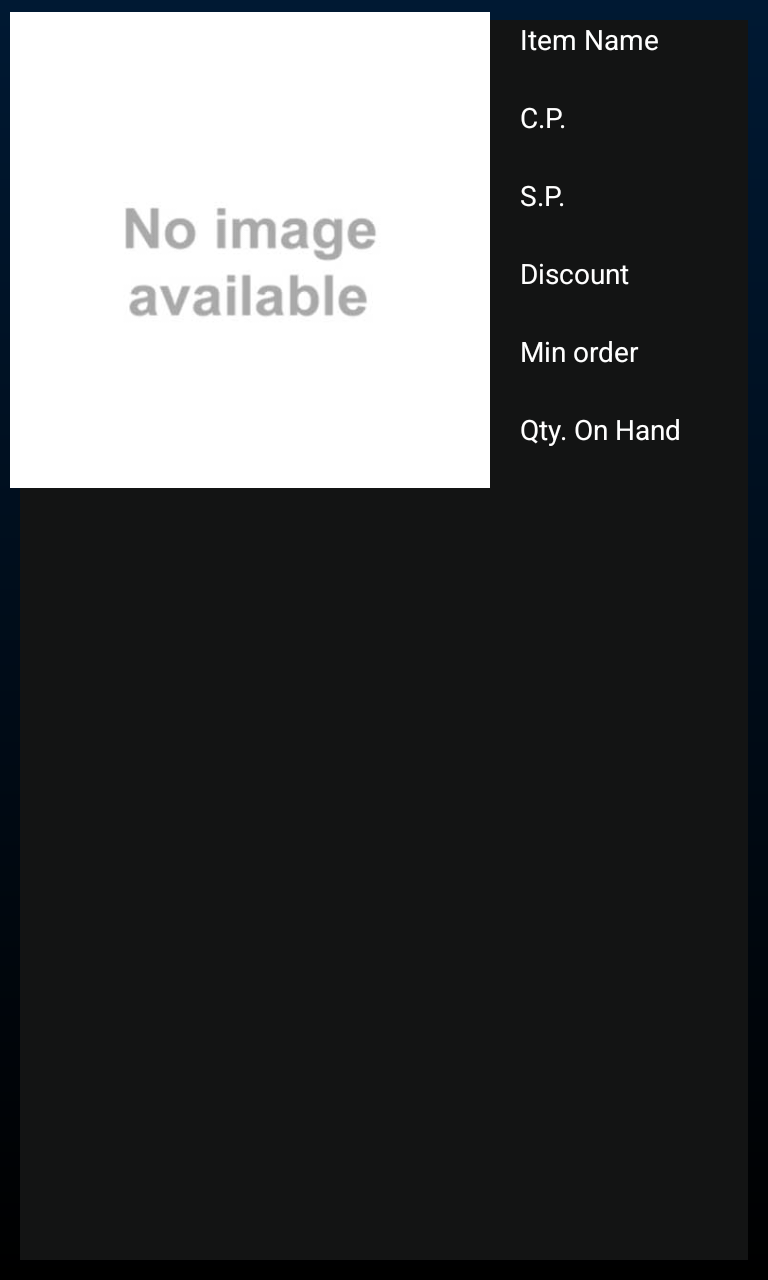
Repository: jasleen1291/B2BMobileApplication
Layout: Mobile E Commerce/B2B/res/layout/grid_item2.xml
An editor plug-in stored every save of this project. The layout is shown before and after the next save, followed by the edit.
It is drawn on a 768 x 1280 px phone screen (xhdpi) without system bars, with theme mycustomtheme; the app's code is not run.

Above is the layout before, as saved 2013-05-24 09:53:29.

### Mobile E Commerce/B2B/res/layout/grid_item2.xml
<?xml version="1.0" encoding="utf-8"?>
<RelativeLayout xmlns:android="http://schemas.android.com/apk/res/android"
    android:layout_width="match_parent"
    android:layout_height="match_parent"
    android:orientation="horizontal" >

    <ImageView
        android:id="@+id/imageView1"
        android:layout_width="250dp"
        android:layout_height="250dp"
        android:layout_gravity="left"
        android:contentDescription="@string/action_forgot_password"
        android:padding="5dp"
        android:src="@drawable/notavailable" />

    <TableLayout
        android:layout_width="wrap_content"
        android:layout_height="match_parent"
        android:layout_toRightOf="@+id/imageView1"
        android:stretchColumns="*"
        android:orientation="vertical"
        android:gravity="left"
        android:padding="0dp" >

        <TableRow
            android:id="@+id/TableRow4"
            android:layout_width="fill_parent"
            android:layout_height="wrap_content" >

            <TextView
                style="@style/titlebarstylesmall"
                android:layout_width="wrap_content"
                android:layout_height="wrap_content"
                android:padding="10dp"

                android:text="@string/itemname" />

            <TextView
                android:id="@+id/name"
                style="@style/titlebarstylesmall"
                android:layout_width="wrap_content"
                android:layout_height="wrap_content"
                android:padding="10dp"
                android:layout_gravity="right"
                android:textIsSelectable="false" />
        </TableRow>

        <TableRow
            android:id="@+id/TableRow6"
            android:layout_width="fill_parent"
            android:layout_height="wrap_content" >

            <TextView
                style="@style/titlebarstylesmall"
                android:layout_width="wrap_content"
                android:layout_height="wrap_content"
                android:padding="10dp"
                android:text="@string/cp" />

            <TextView
                android:id="@+id/cp"
                style="@style/titlebarstylesmall"
                android:layout_width="wrap_content"
                android:layout_height="wrap_content"
                android:padding="10dp"
                android:layout_gravity="right"
                android:textIsSelectable="false" />
        </TableRow>

        <TableRow
            android:id="@+id/TableRow1"
            android:layout_width="fill_parent"
            android:layout_height="wrap_content"
            android:layout_margin="0dp"
            android:focusable="false"
            android:paddingTop="0dp" >

            <TextView
                style="@style/titlebarstylesmall"
                android:layout_width="wrap_content"
                android:layout_height="wrap_content"
                android:padding="10dp"
                android:text="@string/sp" />

            <TextView
                android:id="@+id/sp"
                style="@style/titlebarstylesmall"
                android:layout_width="wrap_content"
                android:layout_height="wrap_content"
                android:padding="10dp"
                android:layout_gravity="right"
                android:textIsSelectable="false" />
        </TableRow>

        <TableRow
            android:id="@+id/TableRow2"
            android:layout_width="fill_parent"
            android:layout_height="wrap_content" >

            <TextView
                style="@style/titlebarstylesmall"
                android:layout_width="wrap_content"
                android:layout_height="wrap_content"
                android:padding="10dp"
                android:text="@string/discount" />

            <TextView
                android:id="@+id/discount"
                style="@style/titlebarstylesmall"
                android:layout_width="wrap_content"
                android:layout_height="wrap_content"
                android:padding="10dp"
                android:layout_gravity="right"
                android:textIsSelectable="false" />
        </TableRow>

        <TableRow
            android:id="@+id/TableRow3"
            android:layout_width="fill_parent"
            android:layout_height="wrap_content" >

            <TextView
                style="@style/titlebarstylesmall"
                android:layout_width="wrap_content"
                android:layout_height="wrap_content"
                android:padding="10dp"
                android:text="@string/minorder" />

            <TextView
                android:id="@+id/minorder"
                style="@style/titlebarstylesmall"
                android:layout_width="wrap_content"
                android:layout_height="wrap_content"
                android:padding="10dp"
                android:layout_gravity="right"
                android:textIsSelectable="false" />
        </TableRow>

        <TableRow
            android:layout_width="fill_parent"
            android:layout_height="wrap_content" >

            <TextView
                style="@style/titlebarstylesmall"
                android:layout_width="wrap_content"
                android:layout_height="wrap_content"
                android:padding="10dp"
                android:text="@string/qtyonhand" />

            <TextView
                android:id="@+id/qtyonhand"
                style="@style/titlebarstylesmall"
                android:layout_width="wrap_content"
                android:layout_height="wrap_content"
                android:padding="10dp"
                android:layout_gravity="right"
                android:textIsSelectable="false" />
        </TableRow>
    </TableLayout>

</RelativeLayout>

### Mobile E Commerce/B2B/res/values/mycustomtheme.xml
<?xml version="1.0" encoding="utf-8"?>
<resources xmlns:android="http://schemas.android.com/apk/res/android">
    <style name="mycustomtheme" parent="@android:style/Theme.NoTitleBar.Fullscreen">
        <item name="android:windowBackground">@drawable/mybg</item>
       	<item name="android:textColor">#0066cc</item>
       	<item name="android:textColorHint">#51BFE2</item>
    </style>

</resources>

### Mobile E Commerce/B2B/res/drawable/mybg.xml
<?xml version="1.0" encoding="utf-8"?>
<layer-list  xmlns:android="http://schemas.android.com/apk/res/android">
    <item>
<shape android:shape="rectangle">



        <gradient android:startColor="#001933"  android:endColor="#000" android:angle="270"/>


</shape>
</item>
<item android:left="10dp" android:top="10dp" android:right="10dp" android:bottom="10dp">

<shape android:shape="rectangle">



        <solid android:color="#131414"></solid>


</shape>
</item>
</layer-list>

### Mobile E Commerce/B2B/res/values/strings_activity_login.xml
<resources>

    <string name="title_activity_login">Sign in</string>

    <!-- Strings related to login -->
    <string name="prompt_email">Username</string>
    <string name="prompt_password">Password</string>
    <string name="action_sign_in_register"><b>Sign in</b> or register</string>
    <string name="action_sign_in_short">Sign in</string>
    <string name="action_forgot_password">Recover lost password</string>
    <string name="login_progress_signing_in">Signing in&#8230;</string>
    <string name="error_invalid_email">This email address is invalid</string>
    <string name="error_invalid_password">This password is too short</string>
    <string name="error_incorrect_password">This password is incorrect</string>
    <string name="error_field_required">This field is required</string>
    <string name="login">Login</string>

</resources>

### Mobile E Commerce/B2B/res/values/styles.xml
<?xml version="1.0" encoding="utf-8"?>
<resources xmlns:android="http://schemas.android.com/apk/res/android">

    <!--
        Base application theme, dependent on API level. This theme is replaced
        by AppBaseTheme from res/values-vXX/styles.xml on newer devices.

    -->
    <style name="AppBaseTheme" parent="android:Theme.Light">
        <!--
            Theme customizations available in newer API levels can go in
            res/values-vXX/styles.xml, while customizations related to
            backward-compatibility can go here.

        -->
    </style>

    <!-- Application theme. -->
    <style name="AppTheme" parent="AppBaseTheme">
        <!-- All customizations that are NOT specific to a particular API-level can go here. -->
    </style>

    <style name="LoginFormContainer">
        <item name="android:layout_width">match_parent</item>
        <item name="android:layout_height">wrap_content</item>
        <item name="android:padding">16dp</item>
    </style>
    <style name="TextViewStyle">
        <item name="android:layout_width">wrap_content</item>
        <item name="android:layout_height">wrap_content</item>
        <item name="android:gravity">right</item>
        <item name="android:textSize">14sp</item>
        <item name="android:textColor">#0066cc</item>
        <item name="android:layout_margin">5dp</item>
    </style>
	<style name="EditTextStyle">
        <item name="android:layout_width">match_parent</item>
        <item name="android:layout_height">wrap_content</item>
        <item name="android:textSize">16sp</item>
        <item name="android:textColor">#0066cc</item>

        <item name="android:layout_marginLeft">16dp</item>
        <item name="android:layout_marginRight">16dp</item>
        <item name="android:layout_marginTop">5dp</item>
        <item name="android:background">@drawable/textview_border</item>
    </style>
	<style name="SpinnerStyle">
        <item name="android:layout_width">match_parent</item>
        <item name="android:layout_height">wrap_content</item>
        <item name="android:textSize">16sp</item>
        <item name="android:textColor">#0066cc</item>

        <item name="android:layout_marginLeft">16dp</item>
        <item name="android:layout_marginRight">16dp</item>
        <item name="android:layout_marginTop">5dp</item>

    </style>
	<style name="titlebarstyle">
	    <item name="android:layout_marginBottom">10dp</item>
        <item name="android:layout_width">match_parent</item>
        <item name="android:layout_height">wrap_content</item>
        <item name="android:background">@drawable/titlebar</item>
        <item name="android:textColor">@android:color/white</item>
        <item name="android:textAppearance">?android:attr/textAppearanceLarge</item>
	</style>
	<style name="titlebarstylesmall">

        <item name="android:layout_width">match_parent</item>
        <item name="android:layout_height">wrap_content</item>

        <item name="android:textColor">@android:color/white</item>

	</style>
</resources>

### Mobile E Commerce/B2B/res/values/strings.xml
<?xml version="1.0" encoding="utf-8"?>
<resources>

    <string name="app_name">B2B</string>
    <string name="action_settings">Settings</string>
    <string name="hello_world">Hello world!</string>
    <string name="Loading">Loading&#8230;&#8230;&#8230;</string>
    <string name="title_activity_sign_up">Sign Up</string>

    <string-array name="signUpAsArray">
        <item>Customer</item>
        <item>Retailer</item>
        <item>Supplier</item>
    </string-array>

    <string name="title_activity_registeration">RegisterationActivity</string>
    <string name="title_activity_customer_area">CustomerArea</string>
    <string name="welcome">Welcome</string>
    <string name="title_activity_admin_area">Admin_area</string>
    <string name="general_complaint_fragment">General Complaint</string>
    <string name="hello_blank_fragment">Hello blank fragment</string>
    <string name="general_complaint">General Complaint</string>
    <string name="respond">Respond</string>
    <string name="submit">Submit</string>
    <string name="addcategory">Parent Category</string>
    <string name="categoryhint">Category</string>
    <string name="AddParentCategory">Add super category</string>
    <string name="complaintAbout">Complaint About</string>
    <string name="complainFrom">Complaint From</string>
    <string name="itemComplaint">Complaints about Items</string>
    <string name="shopComplaint">Complaint about shop</string>
    <string name="generalNotification">General Notification</string>
    <string name="urgentNotification">Urgent Notification</string>
    <string name="title">Title</string>
    <string name="message">Message</string>
    <string name="markAll">Mark all</string>
    <string name="advertisementPricing">Advertisement Pricing</string>
    <string name="desc">Description</string>
    <string name="days">No of days</string>
    <string name="cost">Cost</string>
    <string name="size">Size of advertisement</string>
    <string name="type">Type</string>
    <string name="fine">Fine</string>
    <string name="pickCategory">Pick a Category</string>

    <string-array name="typeArray">
        <item>Retailer</item>
        <item>Supplier</item>
    </string-array>

    <string name="update">Update</string>
    <string name="delete">Delete</string>
    <string name="view_advertisement">View Advertisements</string>
    <string name="noofcategories">No of Categories</string>
    <string name="shoppricing">Shop Pricing</string>
    <string name="view_fine_pricing">View Fine Pricing</string>
    <string name="shop_pricing">Shop Pricing</string>
    <string name="subCategory">Add Sub Category</string>
    <string name="addshop">Add Shop</string>
    <string name="title_activity_pay_fine">Pay Fine</string>
    <string name="finetitle">Your account has been suspended by the admin. Pay fine to continue using this applciation.</string>
    <string name="fineabc">Your payment has been received. Your account will now be restored. Please wait few minutes</string>
    <string name="title_activity_retailer_area">Retailer_area</string>
    <string name="title_activity_first_time_login">FirstTimeLogin</string>
    <string name="EditMyCategories">Edit My Categories</string>
    <string name="addnewitem">Add New Item</string>
    <string name="itemname">Item Name</string>
    <string name="longdescription">Long Description</string>
    <string name="qtyperunit">Qty Per unit</string>
    <string name="unit_of_measurement">Unit of Measurement</string>
    <string name="shopName">Shop Name</string>
    <string name="description">Description</string>
    <string name="categoriesAllowed">No of categories allowed</string>
    <string name="itemsSelling">No of Items Selling</string>
    <string name="itemsAvailable">No of Items not Selling</string>
    <string name="expirydate">Expiry Date</string>
    <string name="paymentEmail">Payment Email</string>
    <string name="selectcategory">Select a Category</string>
    <string name="clicktochange">Click On Image To Change It</string>
    <string name="cp">C.P.</string>
    <string name="sp">S.P.</string>
    <string name="minorder">Min order</string>
    <string name="discount">Discount</string>
    <string name="qtyonorder">Qty. On Order</string>
    <string name="qtyonhand">Qty. On Hand</string>
    <string name="qty">Qty.</string>
    <string name="viewdetails">View Details</string>

</resources>

After the next save:
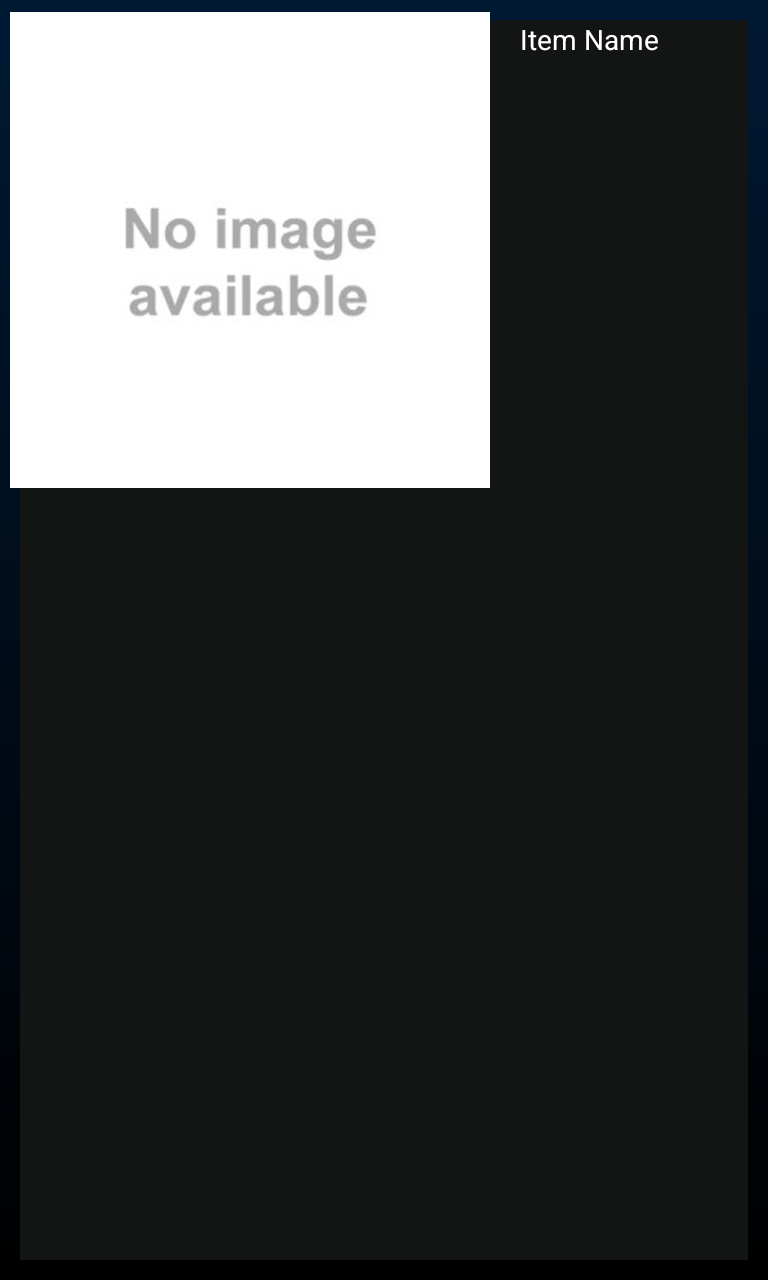
Saved 23 s later.
--- a/Mobile E Commerce/B2B/res/layout/grid_item2.xml
+++ b/Mobile E Commerce/B2B/res/layout/grid_item2.xml
@@ -45,117 +45,7 @@
                 android:textIsSelectable="false" />
         </TableRow>
 
-        <TableRow
-            android:id="@+id/TableRow6"
-            android:layout_width="fill_parent"
-            android:layout_height="wrap_content" >
 
-            <TextView
-                style="@style/titlebarstylesmall"
-                android:layout_width="wrap_content"
-                android:layout_height="wrap_content"
-                android:padding="10dp"
-                android:text="@string/cp" />
-
-            <TextView
-                android:id="@+id/cp"
-                style="@style/titlebarstylesmall"
-                android:layout_width="wrap_content"
-                android:layout_height="wrap_content"
-                android:padding="10dp"
-                android:layout_gravity="right"
-                android:textIsSelectable="false" />
-        </TableRow>
-
-        <TableRow
-            android:id="@+id/TableRow1"
-            android:layout_width="fill_parent"
-            android:layout_height="wrap_content"
-            android:layout_margin="0dp"
-            android:focusable="false"
-            android:paddingTop="0dp" >
-
-            <TextView
-                style="@style/titlebarstylesmall"
-                android:layout_width="wrap_content"
-                android:layout_height="wrap_content"
-                android:padding="10dp"
-                android:text="@string/sp" />
-
-            <TextView
-                android:id="@+id/sp"
-                style="@style/titlebarstylesmall"
-                android:layout_width="wrap_content"
-                android:layout_height="wrap_content"
-                android:padding="10dp"
-                android:layout_gravity="right"
-                android:textIsSelectable="false" />
-        </TableRow>
-
-        <TableRow
-            android:id="@+id/TableRow2"
-            android:layout_width="fill_parent"
-            android:layout_height="wrap_content" >
-
-            <TextView
-                style="@style/titlebarstylesmall"
-                android:layout_width="wrap_content"
-                android:layout_height="wrap_content"
-                android:padding="10dp"
-                android:text="@string/discount" />
-
-            <TextView
-                android:id="@+id/discount"
-                style="@style/titlebarstylesmall"
-                android:layout_width="wrap_content"
-                android:layout_height="wrap_content"
-                android:padding="10dp"
-                android:layout_gravity="right"
-                android:textIsSelectable="false" />
-        </TableRow>
-
-        <TableRow
-            android:id="@+id/TableRow3"
-            android:layout_width="fill_parent"
-            android:layout_height="wrap_content" >
-
-            <TextView
-                style="@style/titlebarstylesmall"
-                android:layout_width="wrap_content"
-                android:layout_height="wrap_content"
-                android:padding="10dp"
-                android:text="@string/minorder" />
-
-            <TextView
-                android:id="@+id/minorder"
-                style="@style/titlebarstylesmall"
-                android:layout_width="wrap_content"
-                android:layout_height="wrap_content"
-                android:padding="10dp"
-                android:layout_gravity="right"
-                android:textIsSelectable="false" />
-        </TableRow>
-
-        <TableRow
-            android:layout_width="fill_parent"
-            android:layout_height="wrap_content" >
-
-            <TextView
-                style="@style/titlebarstylesmall"
-                android:layout_width="wrap_content"
-                android:layout_height="wrap_content"
-                android:padding="10dp"
-                android:text="@string/qtyonhand" />
-
-            <TextView
-                android:id="@+id/qtyonhand"
-                style="@style/titlebarstylesmall"
-                android:layout_width="wrap_content"
-                android:layout_height="wrap_content"
-                android:padding="10dp"
-                android:layout_gravity="right"
-                android:textIsSelectable="false" />
-        </TableRow>
     </TableLayout>
 
 </RelativeLayout>
